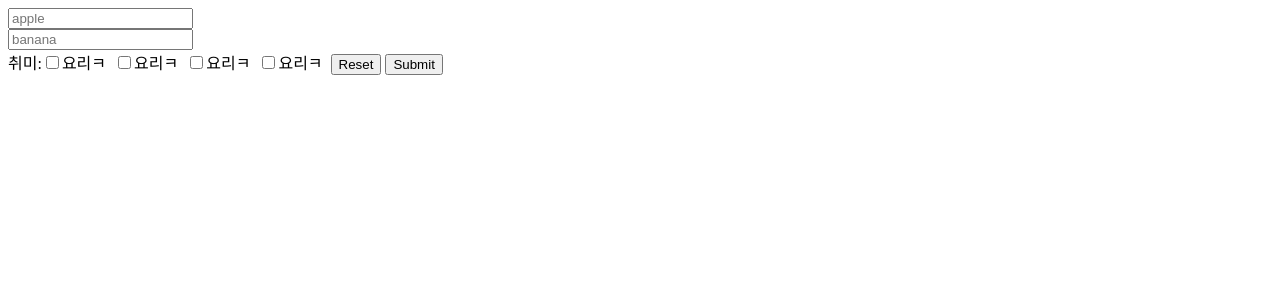
Repository: djdh94/jsp_practice
Page: http://localhost/JSPBasic/jspObject/3.cookie/test.jsp
The author's editor kept a copy of each file at every save. The page is drawn from the files as they stood at one save, then again after the next save.
The browser window is 1280 px wide. The pictures show the whole page.
The page is served by Tomcat 9.

Above is the page before, as saved 2022-02-05 04:05:59.

After the next save:
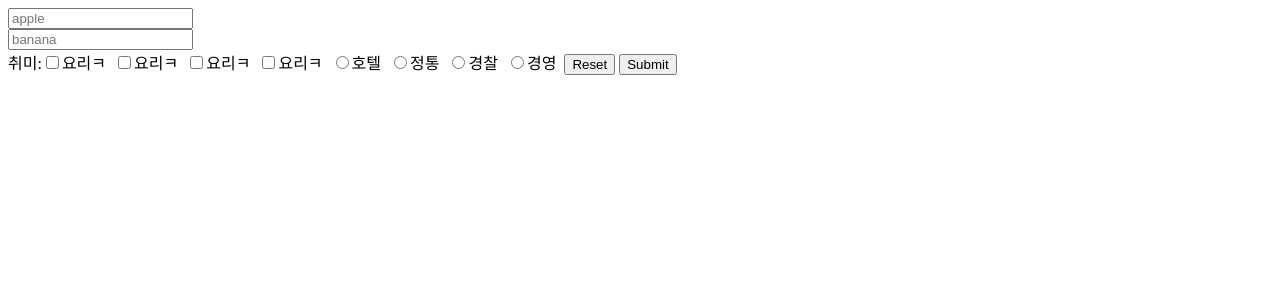
Saved 4 min 0 s later.
--- a/JSPBasic/src/main/webapp/jspObject/3.cookie/test.jsp
+++ b/JSPBasic/src/main/webapp/jspObject/3.cookie/test.jsp
@@ -19,6 +19,10 @@
 	<input type="checkbox" name="hobby" value="요리">요리ㅋ&nbsp;
 	<input type="checkbox" name="hobby" value="요리">요리ㅋ&nbsp;
 	<input type="checkbox" name="hobby" value="요리">요리ㅋ&nbsp;
+	<input type="radio" name="major" value="호텔"/>호텔&nbsp;
+	<input type="radio" name="major" value="정통"/>정통&nbsp;
+	<input type="radio" name="major" value="경찰"/>경찰&nbsp;
+	<input type="radio" name="major" value="경영"/>경영&nbsp;
 	<input type="reset"/>
 	<input type="submit"/>
 	</form>
